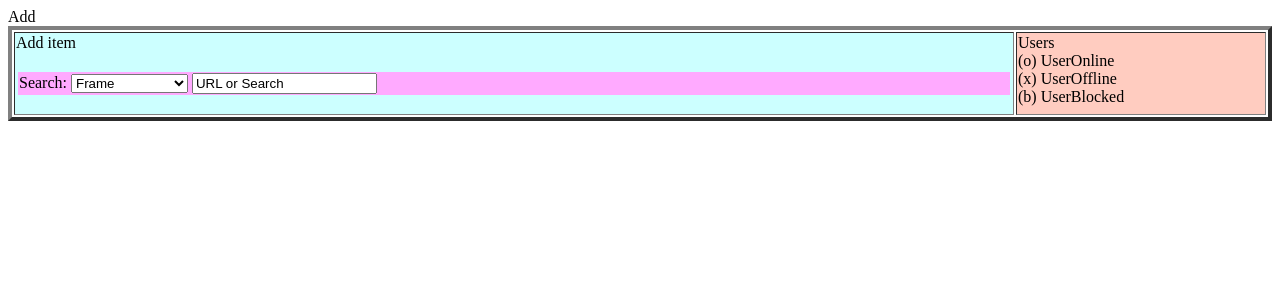
Repository: nevinleiby/SwapRC
Page: add_interface.html
An editor plug-in stored every save of this project. The page is shown before and after the next save, followed by the edit.
The browser window is 1280 px wide. The pictures show the whole page.

Above is the page before, as saved 2019-09-08 01:27:31.

### add_interface.html
<html>
    <title>
        Swap RC
    </title>
    <body>
            Add
            <br>
            <table border=4 width=100%>
                <tr border=4>
                    <td width = 80% border=2 bgcolor="#ccffff" valign=top>
                        Add item
                        <form>
                        <br>
                        <table width=100%>
                            <tr>
                                <td valign=top bgcolor="#ffaaff">
                                    Search:
                                    <select name="category">
                                            <option value = "frame">Frame</option>
                                            <option value = "fc">Flight Controller</option>
                                            <option value = "esc">ESC</option>
                                            <option value = "motor">Motors</option>
                                            <option value = "propeller">Propeller</option>
                                            <option value = "fpv_camera">FPV Camera</option>
                                            <option value = "transmitter">Transmitter</option>
                                            <option value = "antenna">Antenna</option>
                                            <option value = "vtx">VTX</option>
                                            <option value = "receiver">Receiver</option>
                                            <option value = "battery">Battery</option>
                                            <option value = "pdb">PDB</option>
                                            <option value = "hardware">Hardware</option>
                                            <option value = "3d_print">3D Prints</option>
                                    </select>
                                    <input type=text name="Name" value = "URL or Search" >


                                </td>

                            </tr>
                        </table>
                        </form>

                    </td>
                    <td border=2 bgcolor="ffccccc" valign=top>
                        Users
                        <br>
                        (o) UserOnline<br>
                        (x) UserOffline<br>
                        (b) UserBlocked<br>
                    </td>
                </tr>
            </table>
    </body>

</html>

After the next save:
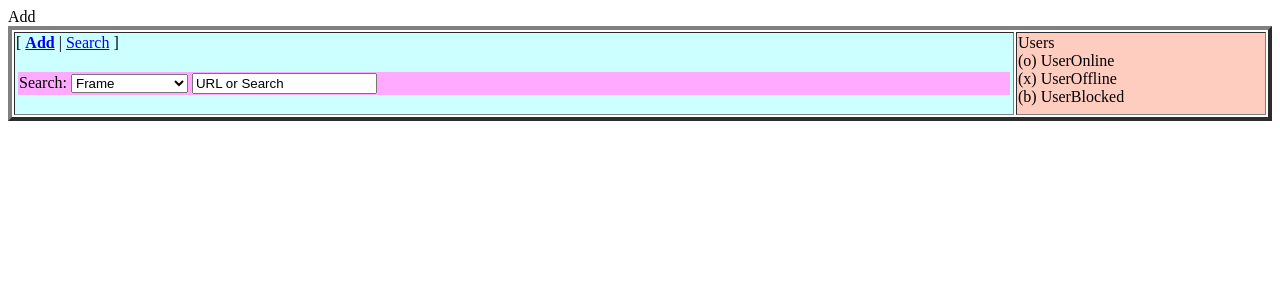
Saved 46 s later.
--- a/add_interface.html
+++ b/add_interface.html
@@ -8,7 +8,10 @@
             <table border=4 width=100%>
                 <tr border=4>
                     <td width = 80% border=2 bgcolor="#ccffff" valign=top>
-                        Add item
+                        [
+                        <b><a href="./add_interface.html">Add</a></b> |
+                        <a href="./search_interface.html">Search</a>
+                        ]
                         <form>
                         <br>
                         <table width=100%>
